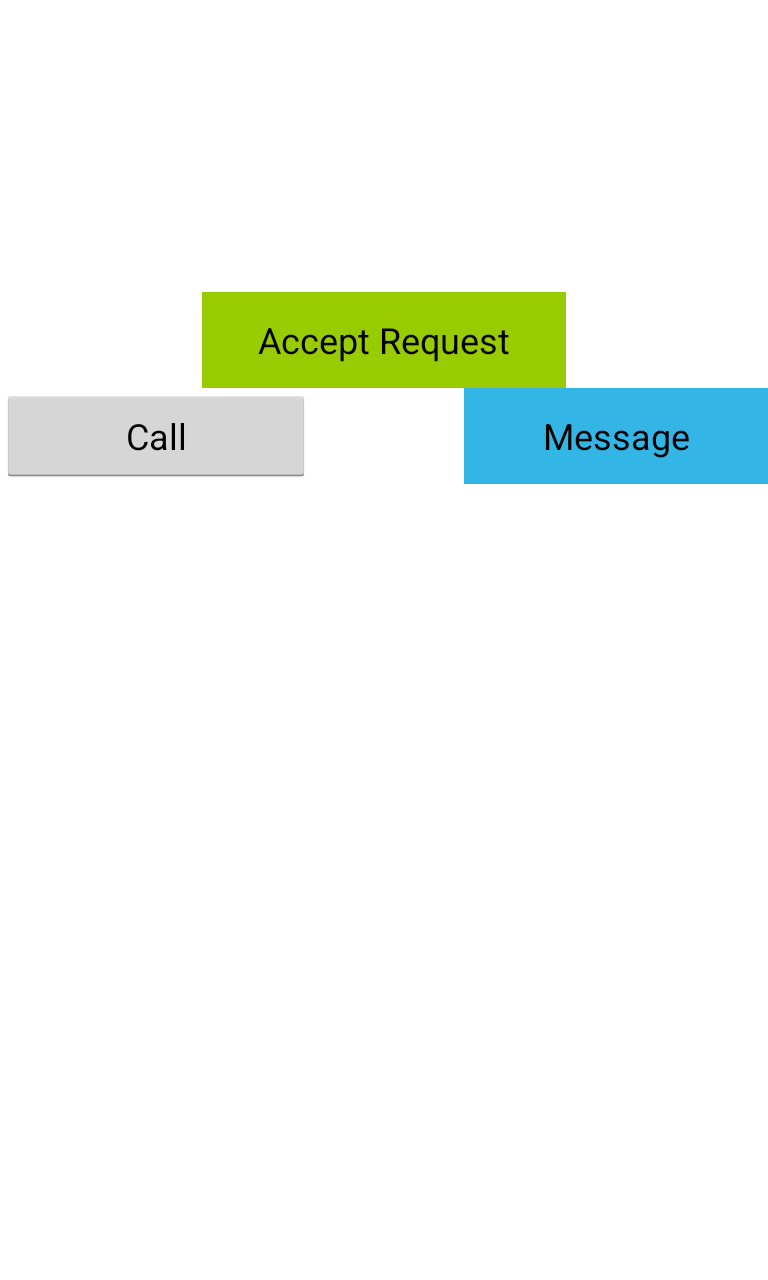
Repository: srivast6/SafeWalk
Layout: android/SafeWalk/res/layout/pop_up.xml
These files come from the project's save history. The layout is drawn as it stood at one moment and after the next save; the edit follows.
It is drawn on a 768 x 1280 px phone screen (xhdpi) without system bars, with theme android:Theme.Holo.Light; the app's code is not run.

Above is the layout before, as saved 2013-11-20 15:51:05.

### android/SafeWalk/res/layout/pop_up.xml
<?xml version="1.0" encoding="utf-8"?>
<RelativeLayout xmlns:android="http://schemas.android.com/apk/res/android"
    android:layout_width="match_parent"
    android:layout_height="match_parent" >

    <LinearLayout
        android:id="@+id/linearLayout1"
        android:layout_width="wrap_content"
        android:layout_height="wrap_content"
        android:layout_alignParentTop="true"
        android:layout_centerHorizontal="true"
        android:layout_marginTop="90dp"
        android:orientation="vertical" >

        <Button
            android:id="@+id/AcceptButton"
            android:layout_width="182dp"
            android:layout_height="wrap_content"
            android:layout_marginTop="56dp"
            android:text="Accept Request"
            android:background="@android:color/holo_green_light" />
    </LinearLayout>

    <LinearLayout
        android:id="@+id/linearLayout2"
        android:layout_width="wrap_content"
        android:layout_height="match_parent"
        android:layout_alignParentBottom="true"
        android:layout_alignTop="@+id/linearLayout3"
        android:orientation="horizontal" >

        <Button
            android:id="@+id/callButton"
            android:layout_width="156dp"
            android:layout_height="wrap_content"
            android:layout_marginBottom="22dp"
            android:text="Call" />
    </LinearLayout>

    <LinearLayout
        android:id="@+id/linearLayout3"
        android:layout_width="wrap_content"
        android:layout_height="match_parent"
        android:layout_alignParentBottom="true"
        android:layout_alignParentRight="true"
        android:layout_below="@+id/linearLayout1"
        android:orientation="horizontal" >

        <Button
            android:id="@+id/mssgButton"
            android:layout_width="152dp"
            android:layout_height="wrap_content"
            android:layout_marginBottom="22dp"
            android:background="@android:color/holo_blue_light"
            android:text="Message" >
        </Button>
    </LinearLayout>

</RelativeLayout>

After the next save:
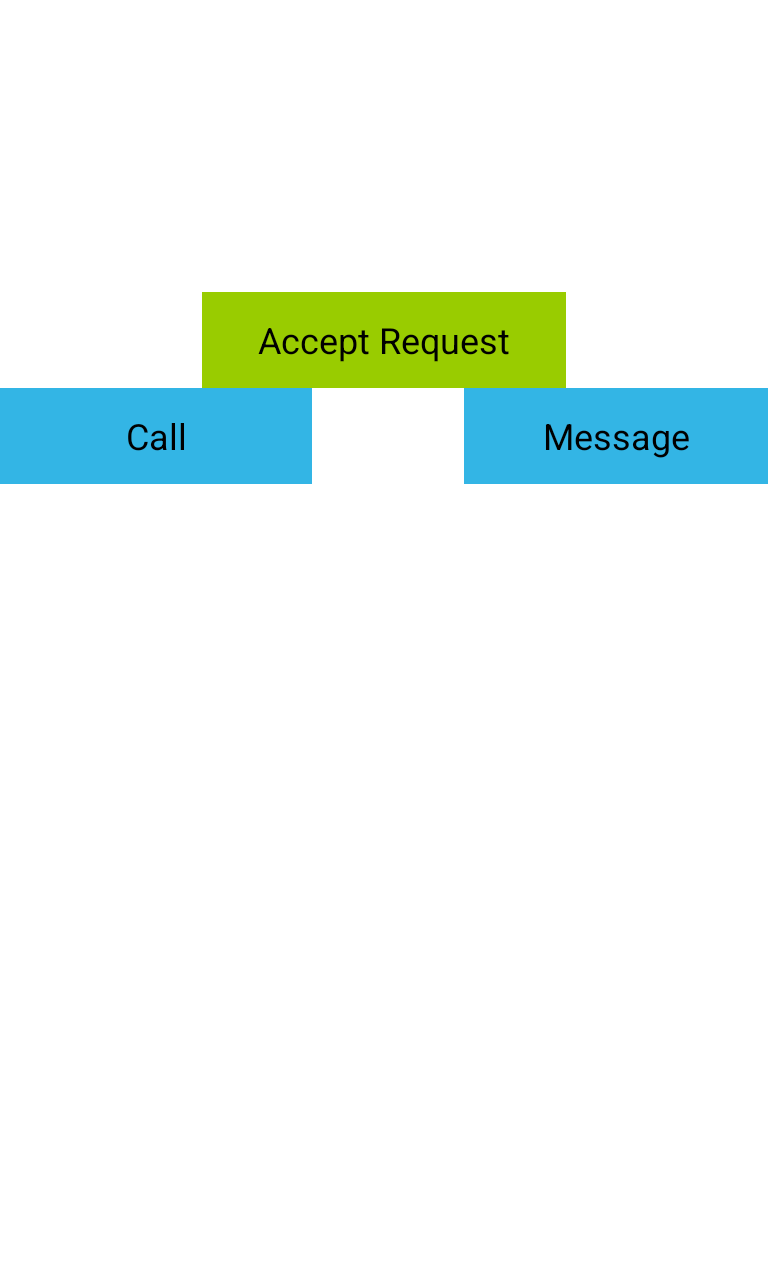
Saved 10 s later.
--- a/android/SafeWalk/res/layout/pop_up.xml
+++ b/android/SafeWalk/res/layout/pop_up.xml
@@ -17,8 +17,8 @@
             android:layout_width="182dp"
             android:layout_height="wrap_content"
             android:layout_marginTop="56dp"
-            android:text="Accept Request"
-            android:background="@android:color/holo_green_light" />
+            android:background="@android:color/holo_green_light"
+            android:text="Accept Request" />
     </LinearLayout>
 
     <LinearLayout
@@ -34,6 +34,7 @@
             android:layout_width="156dp"
             android:layout_height="wrap_content"
             android:layout_marginBottom="22dp"
+            android:background="@android:color/holo_blue_light"
             android:text="Call" />
     </LinearLayout>
 
